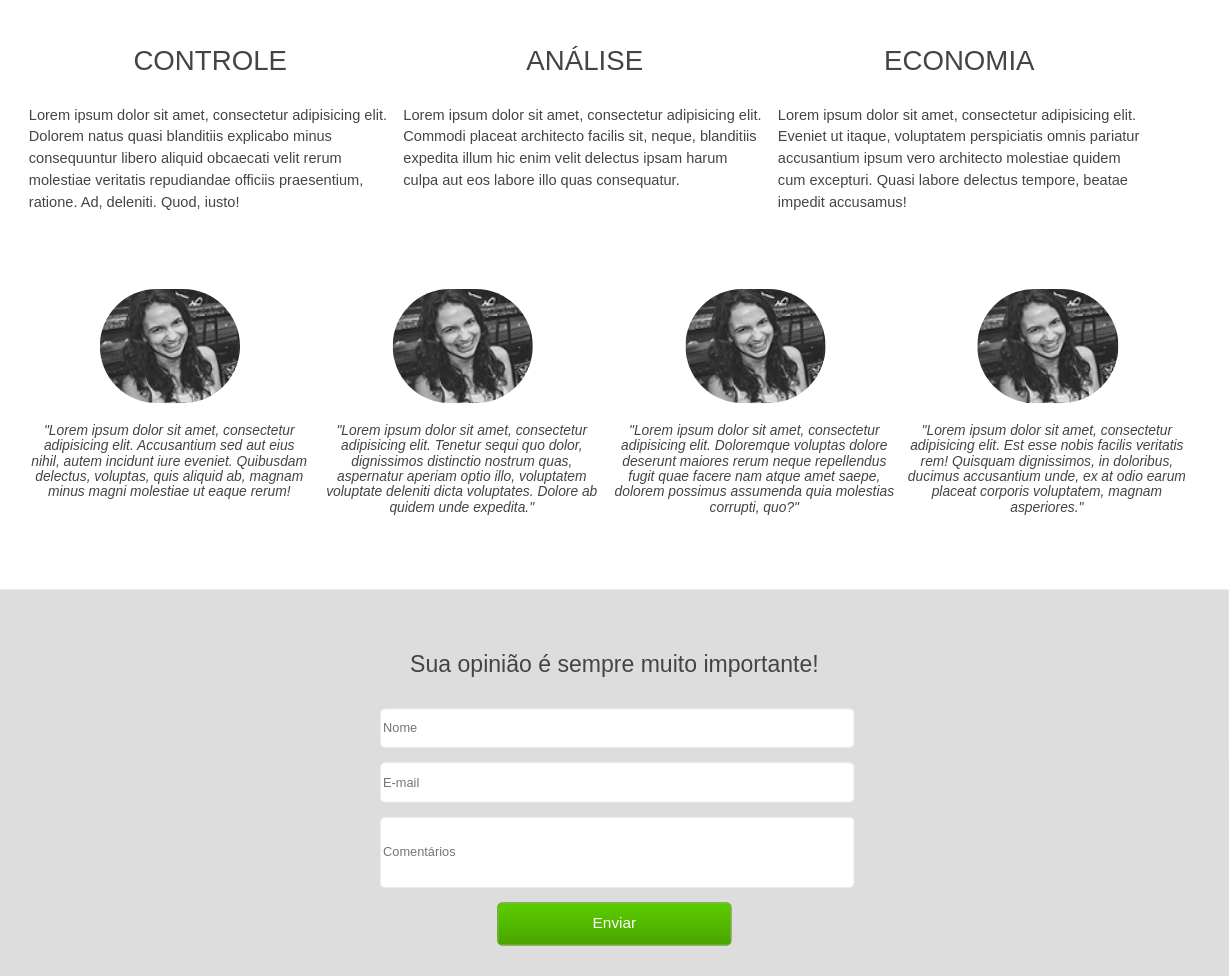
Repository: EconoMyRD/Sistema
Page: Economy/WebContent/html/index.html
These files come from the project's save history. The page is drawn as it stood at one moment and after the next save; the edit follows.
The browser window is 1280 px wide. The pictures show the whole page, at 96% of full size.
Some web libraries are served in a nearby version.

Above is the page before, as saved 2015-06-10 22:46:52.
Console error: ReferenceError: slide1 is not defined

### Economy/WebContent/html/index.html
<!DOCTYPE html>
<html lang="pt">
    <head>
        <meta charset="utf-8">
        <title>EconoMy | Controle Financeiro Pessoal</title>
        <link rel="stylesheet" type="text/css" href="../css/Estilos.css">
        <link rel='shortcut icon' href='../favicon.ico'>
    </head>
    <body onLoad="slide1()">
       <div id="header"></div>
        <section>
             <div id="slider">
                <a id="aId"><img id="id"></a>
             </div>
        </section>
        <section class="content clear">
            <div id="descricao">
                <div class="coluna_terco">
                    <div class="center_div">
                        <h1>CONTROLE</h1>
                    </div>
                    <div>
                        <h2>
                           Lorem ipsum dolor sit amet, consectetur adipisicing elit. Dolorem natus quasi blanditiis explicabo minus consequuntur libero aliquid obcaecati velit rerum molestiae veritatis repudiandae officiis praesentium, ratione. Ad, deleniti. Quod, iusto!
                        </h2>
                    </div>
                </div>
                <div class="coluna_terco">
                    <div class="center_div">
                        <h1>ANÁLISE</h1>
                    </div>
                    <div>
                        <h2>
                           Lorem ipsum dolor sit amet, consectetur adipisicing elit. Commodi placeat architecto facilis sit, neque, blanditiis expedita illum hic enim velit delectus ipsam harum culpa aut eos labore illo quas consequatur.
                        </h2>
                    </div>
                </div>
                <div class="coluna_terco">
                   <div class="center_div">
                        <h1>ECONOMIA</h1>
                    </div>
                    <div>
                        <h2>
                            Lorem ipsum dolor sit amet, consectetur adipisicing elit. Eveniet ut itaque, voluptatem perspiciatis omnis pariatur accusantium ipsum vero architecto molestiae quidem cum excepturi. Quasi labore delectus tempore, beatae impedit accusamus!
                        </h2>
                    </div>
                </div>
                <div class="clear"></div>
            </div>
            <div id="depoimento" class="clear">
                <div class="coluna_quarto">
                   <div class="depoimento_image">
                      <img src="../imagens/1.jpg" alt="Depoimentos" class="image">
                   </div>
                   <div class="center">
                       <h3>"Lorem ipsum dolor sit amet, consectetur adipisicing elit. Accusantium sed aut eius nihil, autem incidunt iure eveniet. Quibusdam delectus, voluptas, quis aliquid ab, magnam minus magni molestiae ut eaque rerum!</h3>
                   </div>
                </div>
                <div class="coluna_quarto">
                    <div class="depoimento_image">
                      <img src="../imagens/1.jpg" alt="Depoimentos" class="image">
                   </div>
                    <div class="center">
                       <h3>"Lorem ipsum dolor sit amet, consectetur adipisicing elit. Tenetur sequi quo dolor, dignissimos distinctio nostrum quas, aspernatur aperiam optio illo, voluptatem voluptate deleniti dicta voluptates. Dolore ab quidem unde expedita."</h3>
                   </div>
                </div>
                <div class="coluna_quarto">
                    <div class="depoimento_image">
                      <img src="../imagens/1.jpg" alt="Depoimentos" class="image">
                   </div>
                    <div class="center">
                       <h3>"Lorem ipsum dolor sit amet, consectetur adipisicing elit. Doloremque voluptas dolore deserunt maiores rerum neque repellendus fugit quae facere nam atque amet saepe, dolorem possimus assumenda quia molestias corrupti, quo?"</h3>
                   </div>
                </div>
                <div class="coluna_quarto">
                    <div class="depoimento_image">
                      <img src="../imagens/1.jpg" alt="Depoimentos" class="image">
                   </div>
                    <div class="center">
                       <h3>"Lorem ipsum dolor sit amet, consectetur adipisicing elit. Est esse nobis facilis veritatis rem! Quisquam dignissimos, in doloribus, ducimus accusantium unde, ex at odio earum placeat corporis voluptatem, magnam asperiores."</h3>
                   </div>
                </div>
                <div class="clear"></div>
            </div>
        </section>
        <section id="contato" class="clear">
            <div class="content">
               <div class="form-contato">
                    <form>
                        <h4>Sua opinião é sempre muito importante!</h4>
                        <input type="text" required="required" id="nome" name="nome" class="inputText" placeholder="Nome" />
                        <input type="email" required="required" id="email" class="inputText" name="email" placeholder="E-mail" />
                        <input type="text" required="required" name="comentario" class="inputText inputComentario" placeholder="Comentários" />
                        <input type="submit" id="BtnEnviar" class="botao width-50" value="Enviar"/>
                    </form>
                </div>
            </div>
        </section>
       <div id="footer"></div>


       <!-- SCRIPTS -->
       <script type="text/javascript" src="../javascript/slider.js"></script>
       <script src="http://code.jquery.com/jquery-1.9.0.js"></script>
       <script src="https://ajax.googleapis.com/ajax/libs/jquery/1.8.1/jquery.min.js"></script>
       <script type="text/javascript" src="../javascript/login.js"></script>
    </body>
</html>

### Economy/WebContent/css/Estilos.css
body
{
  font-family:Arial;
  color:#444444;
  font-size:1em;
  margin:0;
}
/************AUXILIARES********************/
a
{
  text-decoration:none;
  /*color:#242c5e;*/
 color: #F2FAF8;
}
img
{
    width: 100%;
}
.center
{
    text-align: center;
}
.center_div
{
    width: 90%;
    margin: 0 auto;
}
.clear
{
    clear: both;
}
.left
{
    float: left;
}
.right
{
    float: right;
}
.width-50
{
    max-width: 50%;
    margin: 0 25%;
}
/*************PRINCIPAIS**********************/
header
{
  float:left;
  background-color:#9AD6C8;
  width:100%;
  height:auto;
  box-shadow: inset 0 0 40px #56B39D;
}
header img
{
  float:left;
  width:70px;
  margin:0.5em;
}
nav
{
  float:left;
}
nav ul li
{
  display:inline;
  padding:1em;
  color: #fff;
  line-height:3.5em;
}
nav ul li:hover
{
    background: #6AC4AF;
    border-radius: 8px 8px;
}
.content
{
    width: 1220px;
    height: auto;
    margin-left: auto;
    margin-right: auto;
}
#slider
{

}
#descricao
{

}
#depoimento
{
    border-style: none;
    margin-top: 4em;
    margin-bottom: 4em;
}
.depoimento_image
{
    width: 50%;
    border: 1px solid #fff;
    border-radius: 200px;
    margin: 0 auto;
    /*background-image: url(imagens/1.jpg);
    background-size: 120%;*/
}
.image
{
    max-width: 100%;
    margin: 0 auto;
    border: 1px solid #fff;
    border-radius: 400px;
}
.coluna_terco
{
    float: left;
    width: 30.97959183673469%;
    margin-right: 1%;
}
.coluna_terco:last-child
{
    margin-right: 0% !importante;
}
.two-columns
{

}
.coluna_quarto
{
    float: left;
    width: 23.97959183673469%;
    margin-right: 1%;
}
.coluna_quarto:last-child
{
    margin-right: 0% !importante;
}
#contato
{
    background-color: #ddd;
    padding: 1em 0;
}
.form-contato
{
    width: 40%;
    border-radius: 5px;
    margin: auto;
    padding: 1em;
}
footer
{
  float:left;
  background-color:#9AD6C8;
  width:100%;
  height:auto;
  box-shadow: inset 0 0 40px #56B39D;
}
.footer_interno
{
    background-color: #6AC4AF;
}

/************************************************HEADINS********************************************/
h1
{
    text-align: center;
    margin: 1em 0;
    font-weight: normal;
    font-size: 1.8em;
}
h2
{
    font-weight: normal;
    font-size: 0.95em;
    line-height: 1.5em;
}
h3
{
    font-weight: normal;
    font-size: 0.9em;
    font-style: italic;
}
h4
{
    text-align: center;
    font-weight: normal;
    font-size: 1.5em;
}
h5
{
    font-size: 0.7em;
    margin: 0;
    font-weight: normal;
    padding: 1em 0;
}


/*************************************************LOGIN******************************************************/
.menu-secundario
{
    margin-left: 880px;
    margin-top: -65px;
    width: 300px;
    line-height: 3em;
}
.menu-secundario div
{
    display: block;
    color: white;
}
.menu-secundario p
{
    font-size: 0.9em;
}
#logar, #cadastrar, #exit
{
    float: right;
    background: #fff;
    border-radius: 8px 8px;
    color: #6AC4AF;
    -moz-transition: all .615s ease-in-out;
    -webkit-transition: all .615s ease-in-out;
    -o-transition: all .615s ease-in-out;
    -ms-transition: all .615s ease-in-out;
    transition: all .615s ease-in-out;
    margin: 2em;
    padding: 0.5em;
    cursor: pointer;
}
#cadastrar a
{
   color: #6AC4AF;
}
#div-logar
{
    width: 290px;
    display: none;
    position: absolute;
    margin-top: 40px;
    z-index: 1000;
    background-color: #fff;
    padding: 0 1em;
    color: #333;
    border: none;
    border-radius: 5px;
}
input,  select
{
    width: 100%;
    height: 2.8em;
    border: 1px solid #eee;
    margin-top: 0px;
    padding: auto 5px;
    margin-right:5px;
    border-radius:5px;
	-moz-border-radius:5px;
	-webkit-border-radius:5px;
	margin-bottom:15px;
}
input:first-child
{
   /*margin-top: 2em;*/
}
.inputComentario
{
    height: 70px;
}
input[type=date], select
{
    width: 25%;
}
 .field
{
    width: 100%;
}
/* #formRelatorio
{
    width: 50%;
} */
.botao
{
	background:#5CCD00;
	background:-moz-linear-gradient(top,#5CCD00 0%,#4AA400 100%);
	background:-webkit-gradient(linear,left top,left bottom,color-stop(0%,#5CCD00),color-stop(100%,#4AA400));
	background:-webkit-linear-gradient(top,#5CCD00 0%,#4AA400 100%);
	background:-o-linear-gradient(top,#5CCD00 0%,#4AA400 100%);
	background:-ms-linear-gradient(top,#5CCD00 0%,#4AA400 100%);
	background:linear-gradient(top,#5CCD00 0%,#4AA400 100%);
	filter: progid: DXImageTransform.Microsoft.gradient( startColorstr='#5CCD00', endColorstr='#4AA400',GradientType=0);
	padding:10px 15px;
	width:100%;
	color:#fff;
	font-size:16px;
	border-radius:5px;
	-moz-border-radius:5px;
	-webkit-border-radius:5px;
	border:1px solid #459A00;
	cursor:pointer;
}
.botaoRelatorio
{
	background:#5CCD00;
	background:-moz-linear-gradient(top,#5CCD00 0%,#4AA400 100%);
	background:-webkit-gradient(linear,left top,left bottom,color-stop(0%,#5CCD00),color-stop(100%,#4AA400));
	background:-webkit-linear-gradient(top,#5CCD00 0%,#4AA400 100%);
	background:-o-linear-gradient(top,#5CCD00 0%,#4AA400 100%);
	background:-ms-linear-gradient(top,#5CCD00 0%,#4AA400 100%);
	background:linear-gradient(top,#5CCD00 0%,#4AA400 100%);
	filter: progid: DXImageTransform.Microsoft.gradient( startColorstr='#5CCD00', endColorstr='#4AA400',GradientType=0);
	padding:10px 15px;
	width:20%;
	color:#fff;
	font-size:16px;
	border-radius:5px;
	-moz-border-radius:5px;
	-webkit-border-radius:5px;
	border:1px solid #459A00;
	cursor:pointer;
    margin: 0 auto;
}
/*********************************************INTERNAS****************************************************/
.coluna-meio
{
    float: left;
    width: 48%;
    margin-right: 2%;
    margin-top: 1em;
    margin-bottom: 1em;
}
.coluna-meio:last-child
{
    margin-right: 0;
}
fieldset
{
    border: 1px solid #eee;
    -moz-border-radius:5px;
	-webkit-border-radius:5px;
    border-radius:5px;
    padding: 1em;
}
.radioBtn
{
    margin: 0;
    width: 100%;
    float: left;
}


/************************************************************RESPONSIVE*****************************************************************/
@media screen and (max-width: 980px)
{
    /*header img
    {
      display: none;
      margin:0;
      width: 0;
    }
	nav ul li
    {
      padding:0 0.3em;
    }
    nav ul li:first-child
    {
      padding: 0;
    }*/
    .content
    {
        width: 100%;
    }
    .coluna_terco, .coluna_quarto
    {
        width: 100%;
        margin-right: 0;
        clear: both;
        display: block;
    }
/*     .depoimento_image
    {
        width: 30%;
    } */
    .form-contato
    {
        width: 90%;
    }
    .menu-secundario
    {
        margin-left: 0;
        width: 50%;
    }
    .coluna-meio
    {
        clear: both;
        width: 100%;
        margin-right: 0;
    }
    p, h2, h3
    {
        padding: 0 0.5em;
    }
}
@media screen and (min-width: 768px) and (max-width: 980px)
{
   .depoimento_image
    {
        width: 20%;
    }
}

### Economy/WebContent/javascript/slider.js
var slider = {

        slide1: function(){
            document.getElementById('id').src="imagens/slide/1.jpg";
            setTimeout("slider.slide2()", 6000);
        },


        slide2: function(){
            document.getElementById('id').src="imagens/slide/3.jpeg";
            setTimeout("slider.slide1()", 6000);
        }

};

Loaded but not shown: Economy/WebContent/javascript/login.js (no copy from this time; the picture is the same without it)

After the next save:
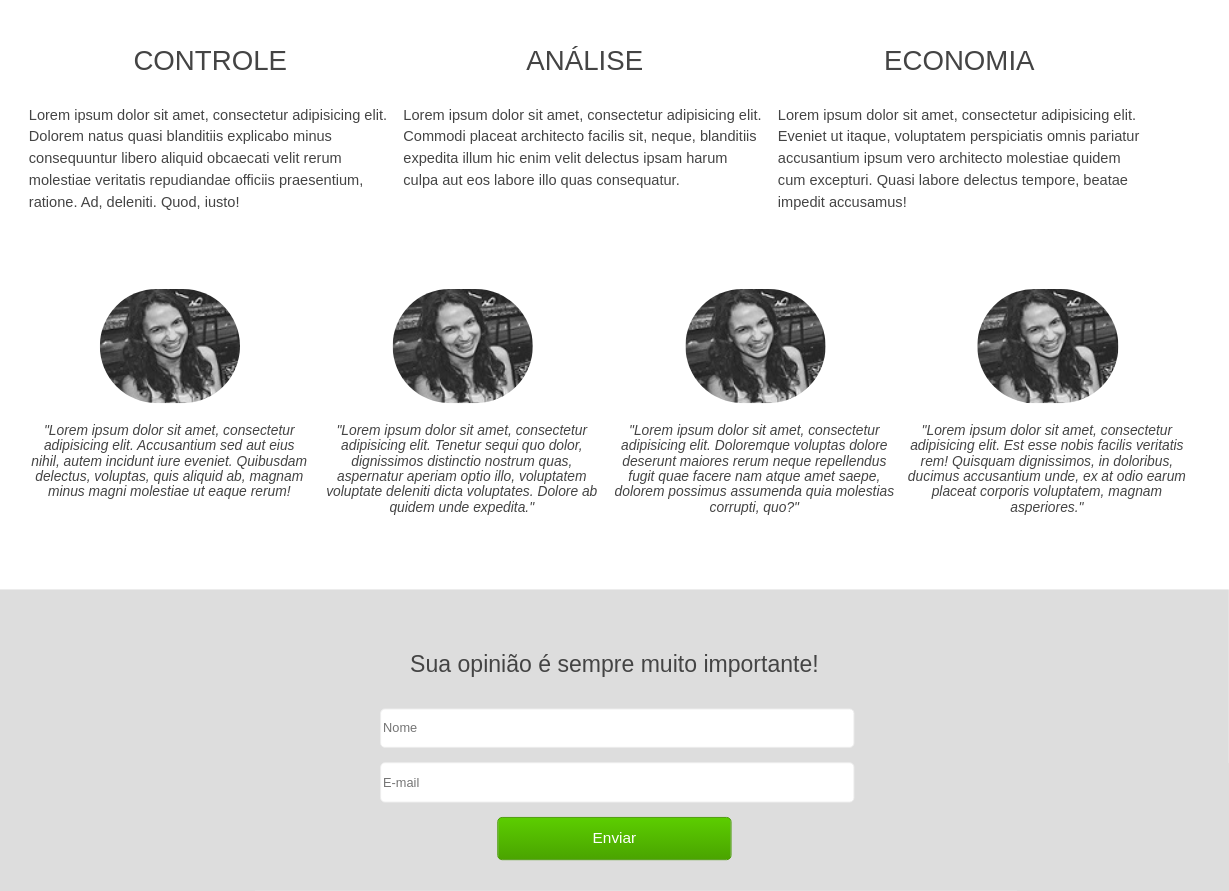
Saved 18 s later.
--- a/Economy/WebContent/html/index.html
+++ b/Economy/WebContent/html/index.html
@@ -90,7 +90,7 @@
                         <h4>Sua opinião é sempre muito importante!</h4>
                         <input type="text" required="required" id="nome" name="nome" class="inputText" placeholder="Nome" />
                         <input type="email" required="required" id="email" class="inputText" name="email" placeholder="E-mail" />
-                        <input type="text" required="required" name="comentario" class="inputText inputComentario" placeholder="Comentários" />
+                        <!-- <input type="text" required="required" name="comentario" class="inputText inputComentario" placeholder="Comentários" /> -->
                         <input type="submit" id="BtnEnviar" class="botao width-50" value="Enviar"/>
                     </form>
                 </div>
